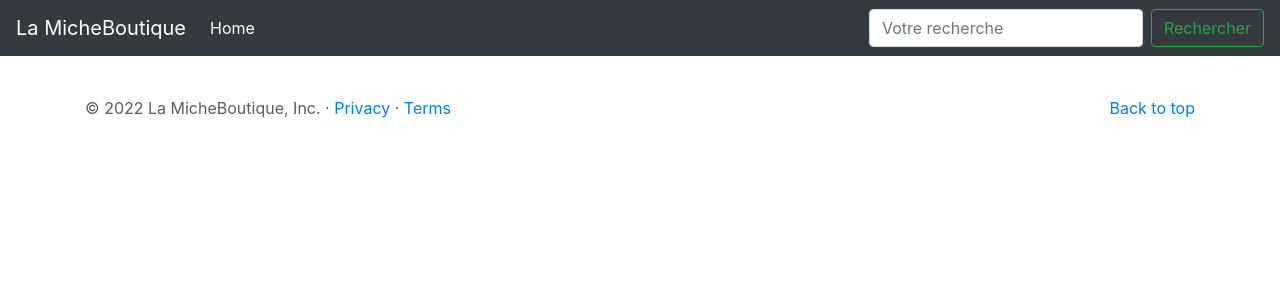
Repository: Michelhof1978/La-MicheBoutique
Page: templates/account/index.html.twig
The author's editor kept a copy of each file at every save. The page is drawn from the files as they stood at one save, then again after the next save.
The browser window is 1280 px wide. The pictures show the whole page.
The page is a Twig template of a Symfony application; nobody is signed in and links lead nowhere. The template is opened directly, without the code that normally fills it, so the values that code supplies are empty.

Above is the page before, as saved 2022-01-17 10:56:37.

### templates/account/index.html.twig
{% extends 'base.html.twig' %}

{% block title %}Hello AccountController!{% endblock %}

{% block content %}
<h1></h1>
{% endblock %}

### templates/base.html.twig
<!doctype html>
<html lang="fr">
<head>
    <meta charset="utf-8">
    <meta name="viewport" content="width=device-width, initial-scale=1, shrink-to-fit=no">
    <meta name="description" content="">
    <meta name="author" content="Mark Otto, Jacob Thornton, and Bootstrap contributors">
    <meta name="generator" content="Jekyll v4.1.1">
    <title>{% block title %} La MicheBoutique{% endblock %}</title>

    <!-- Bootstrap core CSS -->
    <link href="{{asset ('assets/css/bootstrap.min.css')}}" rel="stylesheet">

    <style>
        .bd-placeholder-img {
            font-size: 1.125rem;
            text-anchor: middle;
            -webkit-user-select: none;
            -moz-user-select: none;
            -ms-user-select: none;
            user-select: none;
        }

        @media (min-width: 768px) {
            .bd-placeholder-img-lg {
                font-size: 3.5rem;
            }
        }
    </style>
    <!-- Custom styles for this template -->
    <link href="{{asset ('assets/css/carousel.css')}}" rel="stylesheet">
</head>
<body>
<header>
    <nav class="navbar navbar-expand-md navbar-dark fixed-top bg-dark">
        <a class="navbar-brand" href="#">La MicheBoutique</a>
        <button class="navbar-toggler" type="button" data-toggle="collapse" data-target="#navbarCollapse" aria-controls="navbarCollapse" aria-expanded="false" aria-label="Toggle navigation">
            <span class="navbar-toggler-icon"></span>
        </button>
        <div class="collapse navbar-collapse" id="navbarCollapse">
            <ul class="navbar-nav mr-auto">
                <li class="nav-item active">
                    <a class="nav-link" href="#">Home <span class="sr-only">(current)</span></a>
                </li>

            </ul>
            <form class="form-inline mt-2 mt-md-0">
                <input class="form-control mr-sm-2" type="text" placeholder="Votre recherche" aria-label="Search">
                <button class="btn btn-outline-success my-2 my-sm-0" type="submit">Rechercher</button>
            </form>
        </div>
    </nav>
</header>

<main role="main">
{% if block('carousel') is defined %} {#pour définir où on veut mettre le carousel sur les pages#}
    <div id="myCarousel" class="carousel slide" data-ride="carousel">
        <ol class="carousel-indicators">
            <li data-target="#myCarousel" data-slide-to="0" class="active"></li>
            <li data-target="#myCarousel" data-slide-to="1"></li>
            <li data-target="#myCarousel" data-slide-to="2"></li>
        </ol>
        <div class="carousel-inner">
            <div class="carousel-item active">
                <svg class="bd-placeholder-img" width="100%" height="100%" xmlns="http://www.w3.org/2000/svg" preserveAspectRatio="xMidYMid slice" focusable="false" role="img"><rect width="100%" height="100%" fill="#777"/></svg>
                <div class="container">
                    <div class="carousel-caption text-left">
                        <h1>Example headline.</h1>
                        <p>Cras justo odio, dapibus ac facilisis in, egestas eget quam. Donec id elit non mi porta gravida at eget metus. Nullam id dolor id nibh ultricies vehicula ut id elit.</p>
                        <p><a class="btn btn-lg btn-primary" href="#" role="button">Sign up today</a></p>
                    </div>
                </div>
            </div>
            <div class="carousel-item">
                <svg class="bd-placeholder-img" width="100%" height="100%" xmlns="http://www.w3.org/2000/svg" preserveAspectRatio="xMidYMid slice" focusable="false" role="img"><rect width="100%" height="100%" fill="#777"/></svg>
                <div class="container">
                    <div class="carousel-caption">
                        <h1>Another example headline.</h1>
                        <p>Cras justo odio, dapibus ac facilisis in, egestas eget quam. Donec id elit non mi porta gravida at eget metus. Nullam id dolor id nibh ultricies vehicula ut id elit.</p>
                        <p><a class="btn btn-lg btn-primary" href="#" role="button">Learn more</a></p>
                    </div>
                </div>
            </div>
            <div class="carousel-item">
                <svg class="bd-placeholder-img" width="100%" height="100%" xmlns="http://www.w3.org/2000/svg" preserveAspectRatio="xMidYMid slice" focusable="false" role="img"><rect width="100%" height="100%" fill="#777"/></svg>
                <div class="container">
                    <div class="carousel-caption text-right">
                        <h1>One more for good measure.</h1>
                        <p>Cras justo odio, dapibus ac facilisis in, egestas eget quam. Donec id elit non mi porta gravida at eget metus. Nullam id dolor id nibh ultricies vehicula ut id elit.</p>
                        <p><a class="btn btn-lg btn-primary" href="#" role="button">Browse gallery</a></p>
                    </div>
                </div>
            </div>
        </div>
        <a class="carousel-control-prev" href="#myCarousel" role="button" data-slide="prev">
            <span class="carousel-control-prev-icon" aria-hidden="true"></span>
            <span class="sr-only">Previous</span>
        </a>
        <a class="carousel-control-next" href="#myCarousel" role="button" data-slide="next">
            <span class="carousel-control-next-icon" aria-hidden="true"></span>
            <span class="sr-only">Next</span>
        </a>
    </div>
    {% endif %}

    <!-- Marketing messaging and featurettes
    ================================================== -->
    <!-- Wrap the rest of the page in another container to center all the content. -->

    <div class="container marketing{% if block('carousel') is not defined %} mt-5 {% endif %}">
    {#Ajouter cette classe si le carousel n'est pas défini (mt-5= marge de 5)#}

 {% block content %}

 {% endblock %}

    </div><!-- /.container -->


    <!-- FOOTER -->
    <footer class="container">
        <p class="float-right"><a href="#">Back to top</a></p>
        <p>&copy; 2022 La MicheBoutique, Inc. &middot; <a href="#">Privacy</a> &middot; <a href="#">Terms</a></p>
    </footer>
</main>
<script src="https://code.jquery.com/jquery-3.5.1.slim.min.js"></script>
<script src="{{asset ('assets/js/bootstrap.bundle.js')}}"></script>
</body>
</html>

### public/assets/css/carousel.css
/* GLOBAL STYLES
-------------------------------------------------- */
/* Padding below the footer and lighter body text */

body {
    padding-top: 3rem;
    padding-bottom: 3rem;
    color: #5a5a5a;
}


/* CUSTOMIZE THE CAROUSEL
-------------------------------------------------- */

/* Carousel base class */
.carousel {
    margin-bottom: 4rem;
}
/* Since positioning the image, we need to help out the caption */
.carousel-caption {
    bottom: 3rem;
    z-index: 10;
}

/* Declare heights because of positioning of img element */
.carousel-item {
    height: 32rem;
}
.carousel-item > img {
    position: absolute;
    top: 0;
    left: 0;
    min-width: 100%;
    height: 32rem;
}


/* MARKETING CONTENT
-------------------------------------------------- */

/* Center align the text within the three columns below the carousel */
.marketing .col-lg-4 {
    margin-bottom: 1.5rem;
    text-align: center;
}
.marketing h2 {
    font-weight: 400;
}
.marketing .col-lg-4 p {
    margin-right: .75rem;
    margin-left: .75rem;
}


/* Featurettes
------------------------- */

.featurette-divider {
    margin: 5rem 0; /* Space out the Bootstrap <hr> more */
}

/* Thin out the marketing headings */
.featurette-heading {
    font-weight: 300;
    line-height: 1;
    letter-spacing: -.05rem;
}


/* RESPONSIVE CSS
-------------------------------------------------- */

@media (min-width: 40em) {
    /* Bump up size of carousel content */
    .carousel-caption p {
        margin-bottom: 1.25rem;
        font-size: 1.25rem;
        line-height: 1.4;
    }

    .featurette-heading {
        font-size: 50px;
    }
}

@media (min-width: 62em) {
    .featurette-heading {
        margin-top: 7rem;
    }
}

Loaded but not shown: public/assets/css/bootstrap.min.css (library); public/assets/js/bootstrap.bundle.js (library)

After the next save:
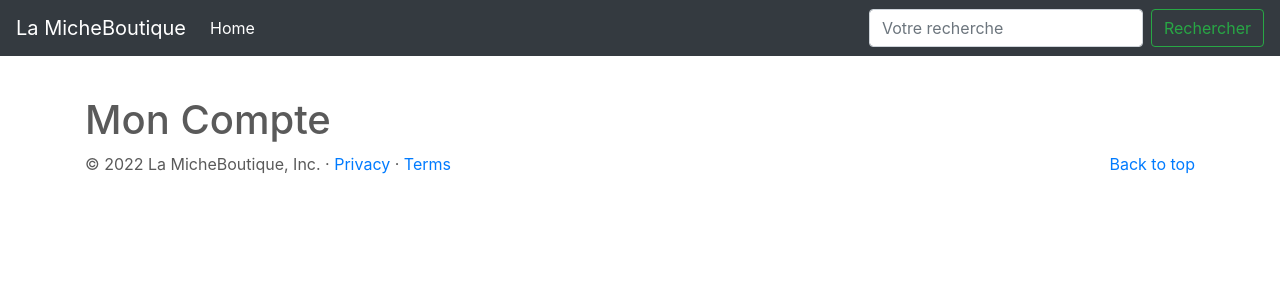
Saved 7 s later.
--- a/templates/account/index.html.twig
+++ b/templates/account/index.html.twig
@@ -3,5 +3,5 @@
 {% block title %}Hello AccountController!{% endblock %}
 
 {% block content %}
-<h1></h1>
+<h1>Mon Compte</h1>
 {% endblock %}
